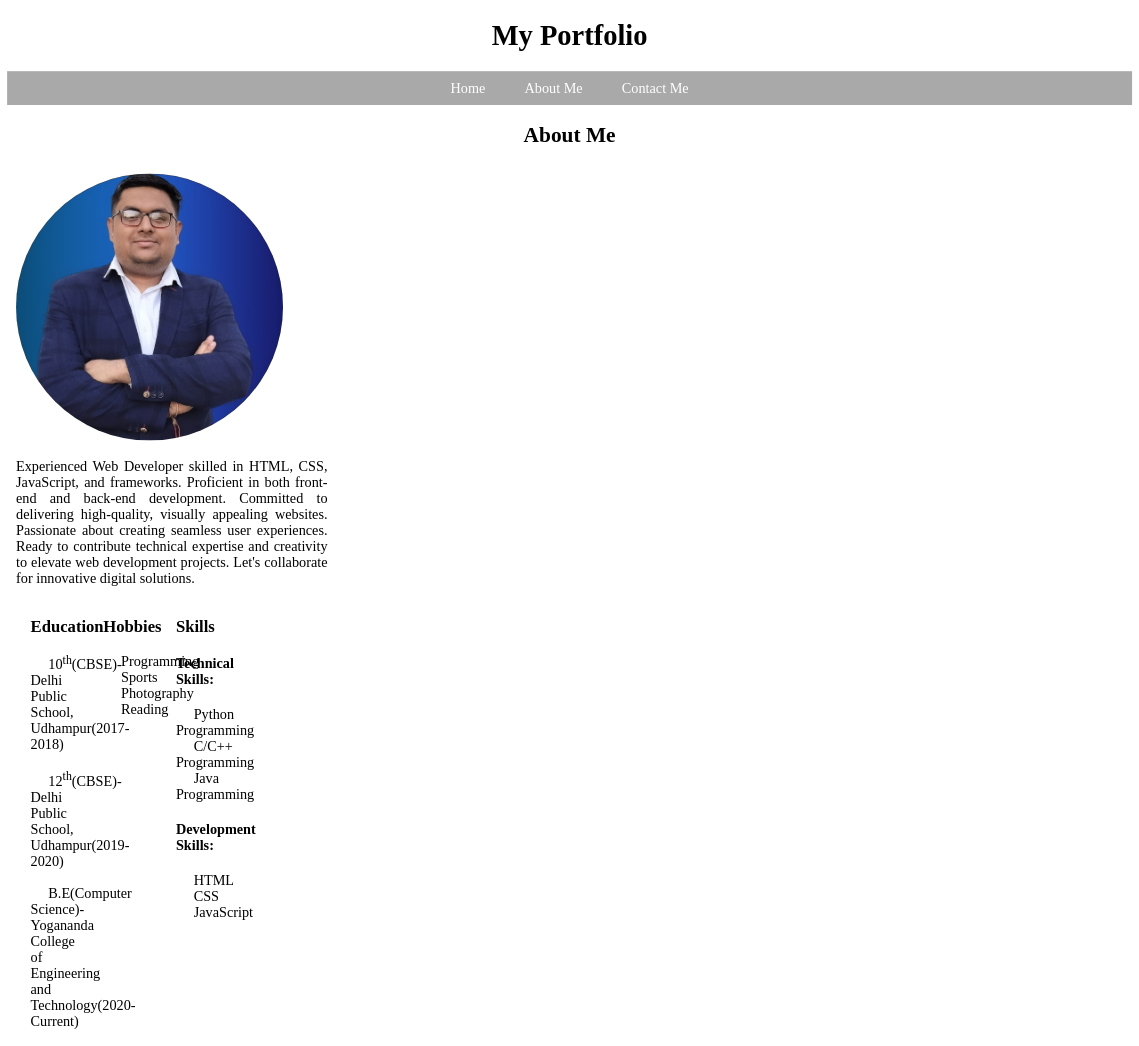
Repository: harshitanthal1/my_portfolio
Page: aboutme.html
These files come from the project's save history. The page is drawn as it stood at one moment and after the next save; the edit follows.
The browser window is 1280 px wide. The pictures show the whole page, at 89% of full size.

Above is the page before, as saved 2024-02-04 10:07:58.

After the next save:
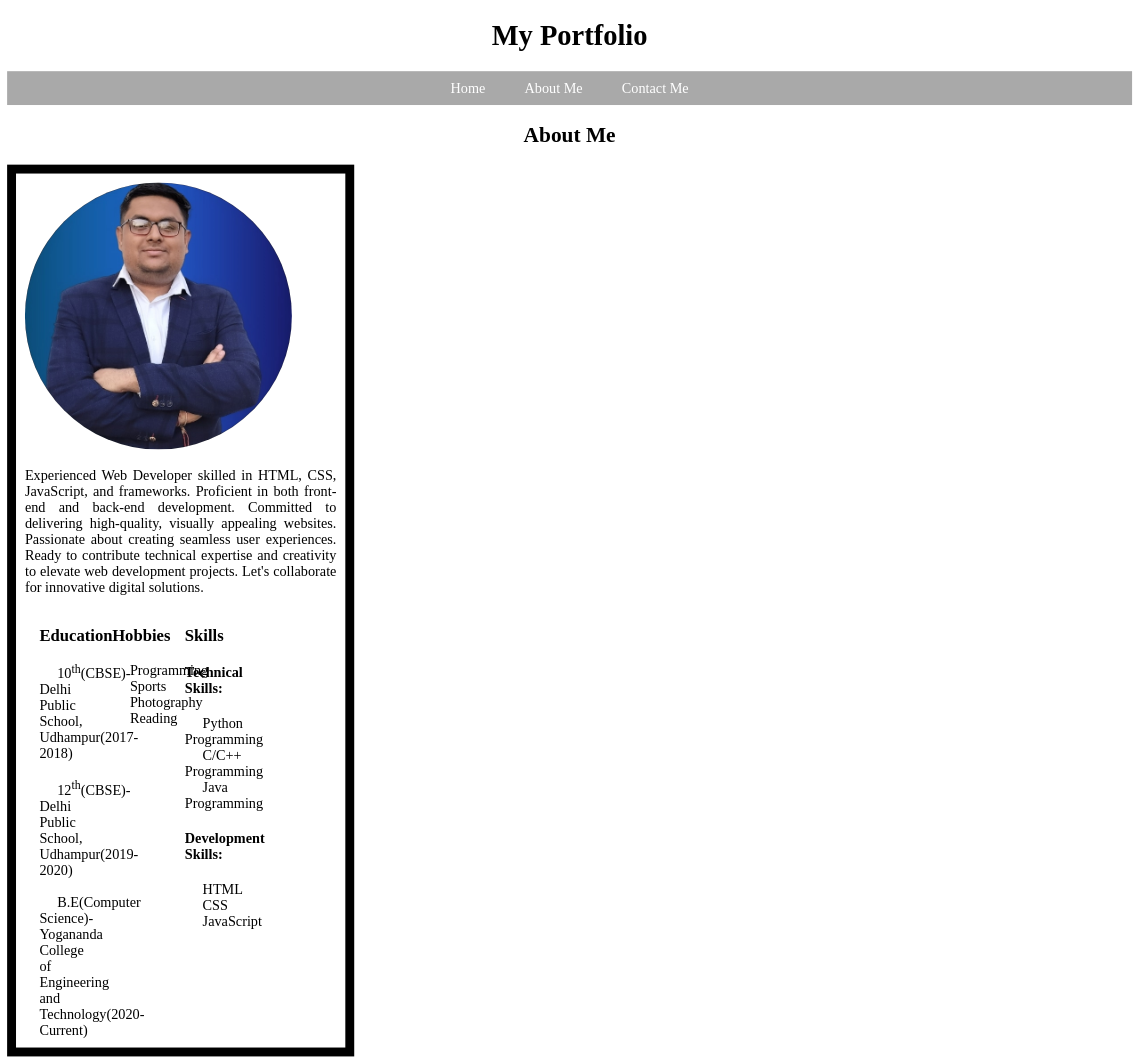
Saved 118 s later.
--- a/styles/styles.css
+++ b/styles/styles.css
@@ -21,11 +21,13 @@ a {
 }
 
 
+
 #profile {
     width: 29%;
     margin-right: 1%;;
     padding: 10px;
     width: 350px;
+    border: 10px solid black;
 }
 
 #info {
